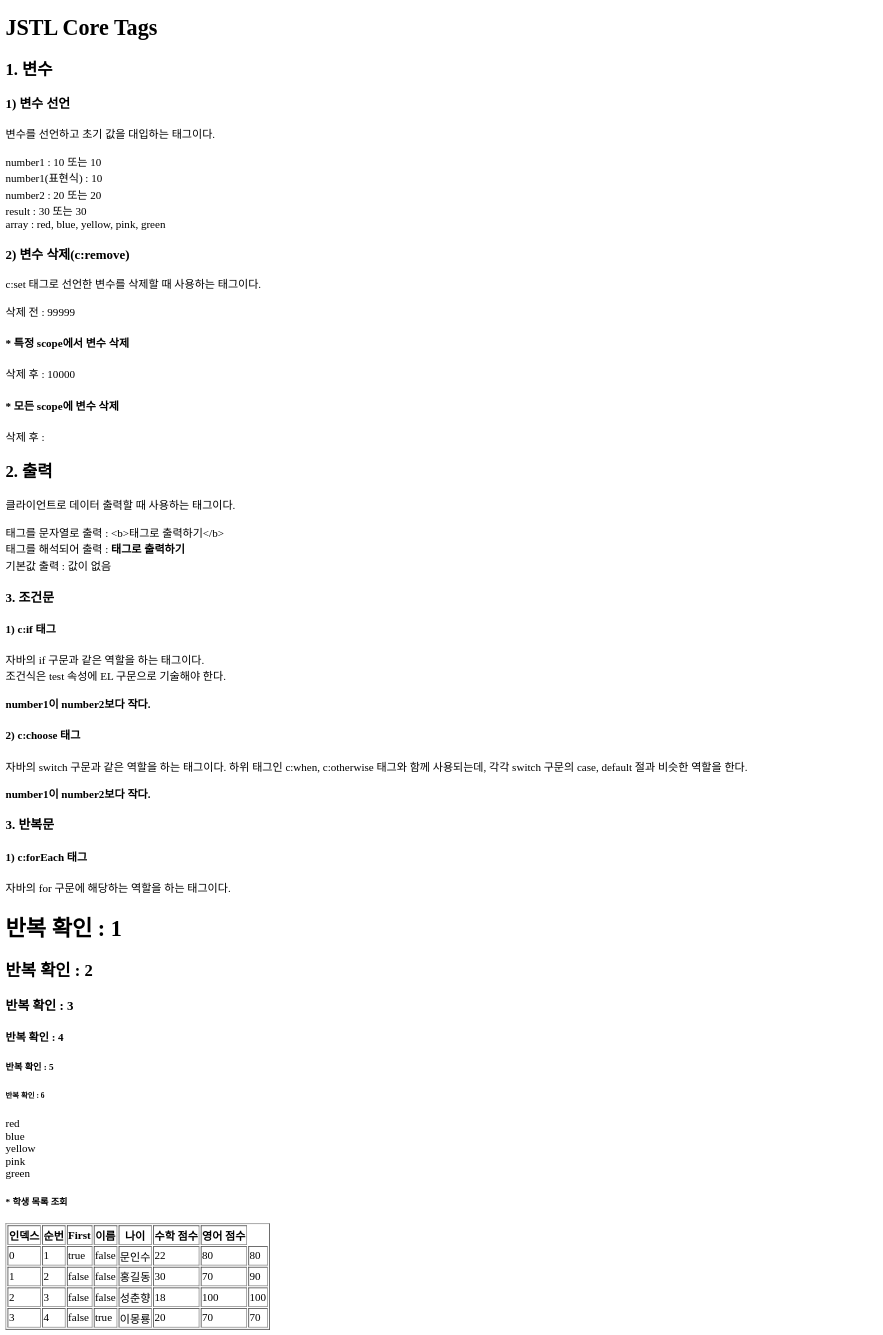
Repository: Parknogyung/Backend
Page: http://localhost/03_EL_JSTL/views/actiontag/jstl/core.jsp
The author's editor kept a copy of each file at every save. The page is drawn from the files as they stood at one save, then again after the next save.
The browser window is 1280 px wide. The pictures show the whole page, at 69% of full size.
The page is served by Tomcat 9. Other server files are loaded and not shown.

Above is the page before, as saved 2022-07-13 05:17:59.

### 03_EL_JSTL/src/main/webapp/views/actiontag/jstl/core.jsp
<%@page import="java.util.ArrayList"%>
<%@page import="com.kh.el.model.vo.Student"%>
<%@page import="java.util.List"%>
<%@ page language="java" contentType="text/html; charset=UTF-8"
    pageEncoding="UTF-8"%>
<%@ taglib uri="http://java.sun.com/jsp/jstl/core" prefix="c" %>
<!DOCTYPE html>
<html>
<head>
<meta charset="UTF-8">
<title>JSTL Core Tags</title>
</head>
<body>
	<h1>JSTL Core Tags</h1>

	<h2>1. 변수</h2>
	<h3>1) 변수 선언</h3>
	<p>
		변수를 선언하고 초기 값을 대입하는 태그이다.
	</p>

	<c:set var="number1" value="10"/>
	<c:set var="number2" value="20" scope="request"/>
	<c:set var="result" value= "${number1 + number2 }" scope="session"/>
	<c:set var="array" scope="request">
		red, blue, yellow, pink, green
	</c:set>

	number1 : ${number1 } 또는 ${ pageScope.number1 }<br>
	number1(표현식) : <%= pageContext.getAttribute("number1") %> <br>
	number2 : ${number2 } 또는 ${requestScope.number2 } <br>
	result : ${result } 또는 ${sessionScope.result } <br>
	array : ${ array } <br>

	<h3>2) 변수 삭제(c:remove)</h3>
	<p>
		c:set 태그로 선언한 변수를 삭제할 때 사용하는 태그이다.
	</p>

	<c:set var="result" value="99999"/>
	<c:set var="result" value="10000" scope="request"/>

	삭제 전 : ${result}

	<h4>* 특정 scope에서 변수 삭제</h4>
	<c:remove var="result" scope="page"/>

	삭제 후 : ${result }

	<h4>* 모든 scope에 변수 삭제</h4>
	<c:remove var="result"/>

	삭제 후 : ${result }

	<h2>2. 출력</h2>
	<p>
		클라이언트로 데이터 출력할 때 사용하는 태그이다.
	</p>
	태그를 문자열로 출력 : <c:out value="<b>태그로 출력하기</b>" escapeXml="true"/>	<br>
	태그를 해석되어 출력 : <c:out value="<b>태그로 출력하기</b>" escapeXml="false"/> <br>
	기본값 출력 : <c:out value="${result }" default="값이 없음"/>	<br>

	<h3>3. 조건문</h3>

	<h4>1) c:if 태그 </h4>
	<p>
		자바의 if 구문과 같은 역할을 하는 태그이다. <br>
		조건식은 test 속성에 EL 구문으로 기술해야 한다.
	</p>

	<c:if test="${number1 > number2 }">
		<b>number1이 number2보다 크다.</b>
	</c:if>

	<c:if test="${number1 < number2 }">
		<b>number1이 number2보다 작다.</b>
	</c:if>

	<h4>2) c:choose 태그</h4>
	<p>
		자바의 switch 구문과 같은 역할을 하는 태그이다.
		하위 태그인 c:when, c:otherwise 태그와 함께 사용되는데, 각각 switch 구문의 case, default 절과 비슷한 역할을 한다.
	</p>

	<c:choose>
		<c:when test="${number1 > number2 }">
			<b>number1이 number2보다 크다.</b>
		</c:when>

		<c:when test="${number1 < number2 }">
			<b>number1이 number2보다 작다.</b>
		</c:when>

		<c:otherwise>
			<b>number1이 number2보다 크거나 작지 않다. </b>
		</c:otherwise>
	</c:choose>

	<h3>3. 반복문</h3>
	<h4>1) c:forEach 태그</h4>
	<p>
		자바의 for 구문에 해당하는 역할을 하는 태그이다.
	</p>

	<!-- 자바의 for 구문처럼 사용하기 -->
	<c:forEach var="i" begin="1" end="6" step="1">
		<h${i }>반복 확인 : ${i } </h${i }>
	</c:forEach>

	<!-- 자바의 향상된 for 구문처럼 사용하기 -->
	<c:forEach var="color" items="${array }">
		${color } <br>
	</c:forEach>

	<%
		List<Student> list = new ArrayList<>();

		list.add(new Student("문인수", 22, 80, 80));
		list.add(new Student("홍길동", 30, 70, 90));
		list.add(new Student("성춘향", 18, 100, 100));
		list.add(new Student("이몽룡", 20, 70, 70));

		pageContext.setAttribute("list", list);
	%>

	<h5>* 학생 목록 조회</h5>
	<table border="1">
		<tr>
			<th>인덱스</th>
			<th>순번</th>
			<th>First</th>
			<th>이름</th>
			<th>나이</th>
			<th>수학 점수</th>
			<th>영어 점수</th>
		</tr>
		<c:forEach var="student" items="${list}" varStatus="status">
			<tr>
				<td>${status.index }</td>
				<td>${status.count }</td>
				<td>${status.first }</td>
				<td>${status.last }</td>
				<td>${student.name } </td>
				<td>${student.age }</td>
				<td>${student.math }</td>
				<td>${student.english }</td>
			</tr>
		</c:forEach>
	</table>

</body>
</html>

### 03_EL_JSTL/src/main/java/com/kh/el/model/vo/Student.java
package com.kh.el.model.vo;

import lombok.AllArgsConstructor;
import lombok.Data;
import lombok.Getter;
import lombok.NoArgsConstructor;

@Data
@NoArgsConstructor
@AllArgsConstructor
public class Student {
	private String name;

	private int age;

	private int math;

	private int english;
}

After the next save:
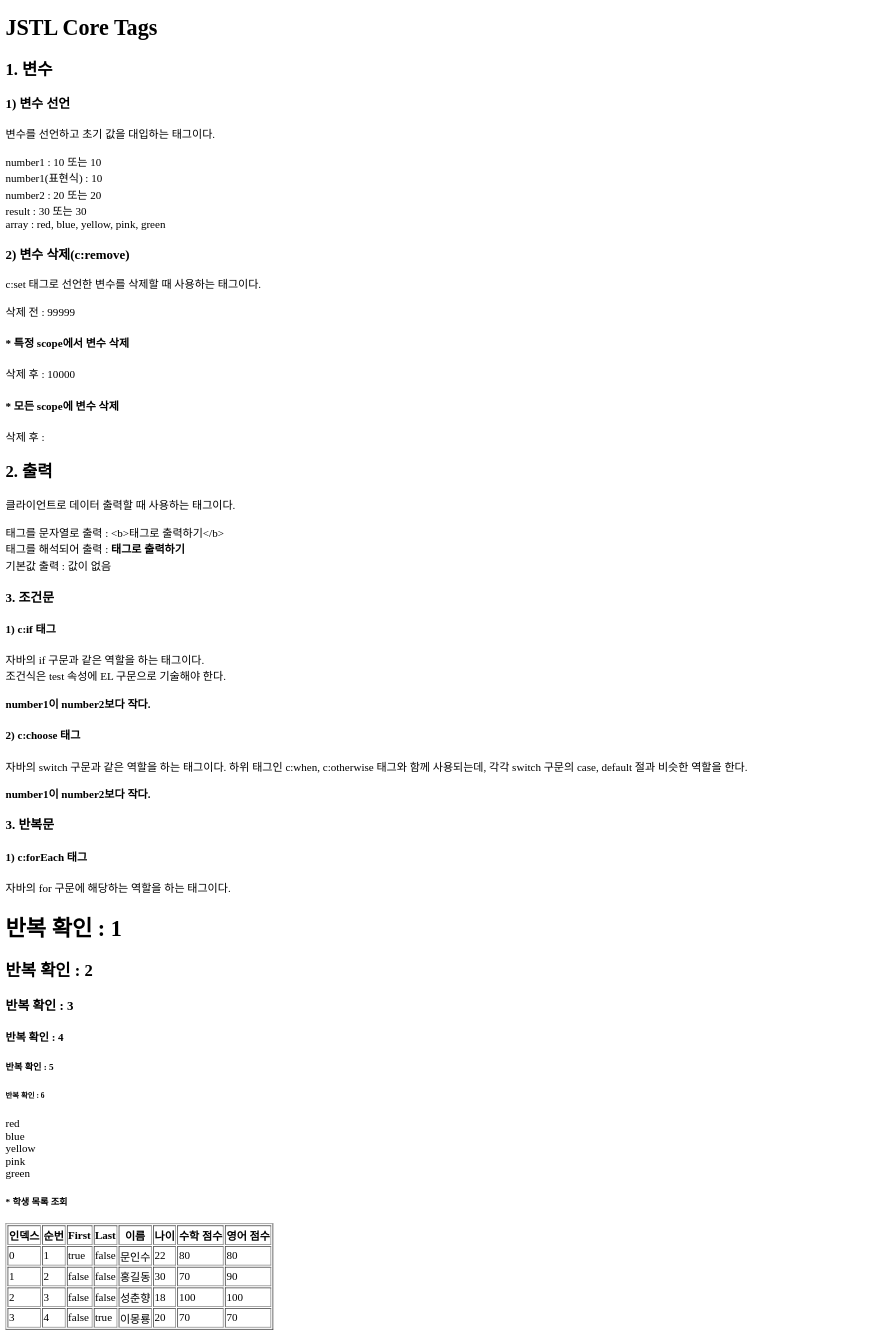
Saved 6 s later.
--- a/03_EL_JSTL/src/main/webapp/views/actiontag/jstl/core.jsp
+++ b/03_EL_JSTL/src/main/webapp/views/actiontag/jstl/core.jsp
@@ -129,6 +129,7 @@
 			<th>인덱스</th>
 			<th>순번</th>
 			<th>First</th>
+			<th>Last</th>
 			<th>이름</th>
 			<th>나이</th>
 			<th>수학 점수</th>
